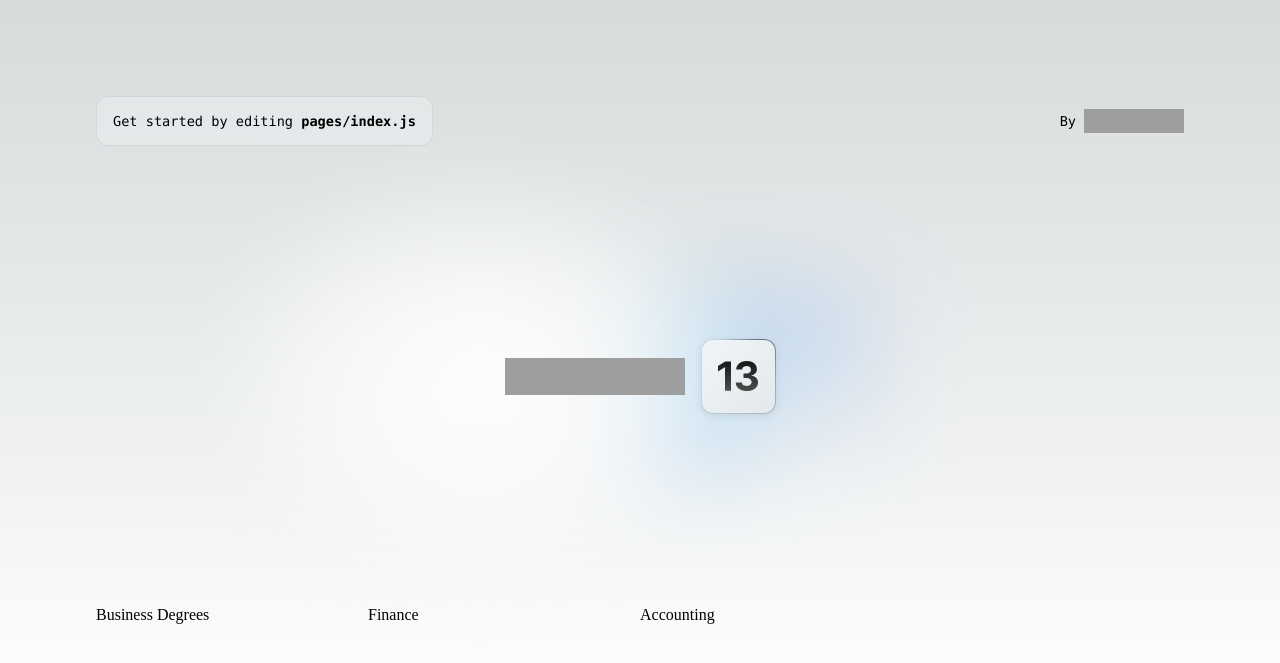
Repository: TeoEstrada9/Week-3-example
Page: /
These files come from the project's save history. The page is drawn as it stood at one moment and after a run of saves; the edit follows.
The browser window is 1280 px wide. The pictures show the whole page.
Pictures or frames that could not be fetched are drawn as grey boxes. The project was rebuilt for these pictures with package versions that can differ from the ones it lists, and the page was loaded fresh each time. The framework's server and built-in components were replaced by stand-ins that run in the browser. Also part of the build but not shown: next.config.js.

Above is the page before, as saved 2023-01-16 10:52:10.

### pages/index.js
import Head from 'next/head'
import Image from 'next/image'
import { Inter } from '@next/font/google'
import styles from '@/styles/Home.module.css'
import data from '../Data/education.json'
import { useState } from 'react'

const inter = Inter({ subsets: ['latin'] })

export default function Home() {

  console.log(data);
  const [information, setInformation] = useState([...data])



  return (
    <>
      <Head>
        <title>Create Next App</title>
        <meta name="description" content="Generated by create next app" />
        <meta name="viewport" content="width=device-width, initial-scale=1" />
        <link rel="icon" href="/favicon.ico" />
      </Head>
      <main className={styles.main}>
        <div className={styles.description}>
          <p>
            Get started by editing&nbsp;
            <code className={styles.code}>pages/index.js</code>
          </p>
          <div>
            <a
              href="https://vercel.com?utm_source=create-next-app&utm_medium=default-template&utm_campaign=create-next-app"
              target="_blank"
              rel="noopener noreferrer"
            >
              By{' '}
              <Image
                src="/vercel.svg"
                alt="Vercel Logo"
                className={styles.vercelLogo}
                width={100}
                height={24}
                priority
              />
            </a>
          </div>
        </div>

        <div className={styles.center}>
          <Image
            className={styles.logo}
            src="/next.svg"
            alt="Next.js Logo"
            width={180}
            height={37}
            priority
          />
          <div className={styles.thirteen}>
            <Image
              src="/thirteen.svg"
              alt="13"
              width={40}
              height={31}
              priority
            />
          </div>
        </div>

        <div className={styles.grid}>
          <div>Business Degrees</div>
          {information && information.map((info, index) => {
            if(info.department === "Business")
            return(
              <div key={index}>{info.degree}</div>
            )

          })}

        </div>
      </main>
    </>
  )
}

### Data/education.json
[
        {
            "studentNumber": "A0004567",
            "firstName": "Person 1",
            "gpa": 3.8,
            "department": "Business",
            "degree": "Finance",
            "graduted": 2014
        },
        {
            "studentNumber": "A0001234",
            "firstName": "Person 2",
            "gpa": 3.5,
            "department": "Business",
            "degree": "Accounting",
            "graduted": 2010
        },
        {
            "studentNumber": "A0007890",
            "firstName": "Person 3",
            "gpa": 3.2,
            "department": "Computing",
            "degree": "Applied Software Development Certificate",
            "graduted": 2018
        },
        {
            "studentNumber": "A0007828",
            "firstName": "Person 4",
            "gpa": 3.9,
            "department": "Computing",
            "degree": "Computer Systems Diploma",
            "graduted": 2021
        },
        {
            "studentNumber": "A0003425",
            "firstName": "Person 5",
            "gpa": 3.2,
            "department": "Computing",
            "degree": "Applied Computer Information Systems Certificate",
            "graduted": 2021
        }
]

Loaded but not shown: pages/_app.js (common file); pages/_document.js (common file); styles/globals.css (common file); styles/Home.module.css (common file)

After the next 2 saves:
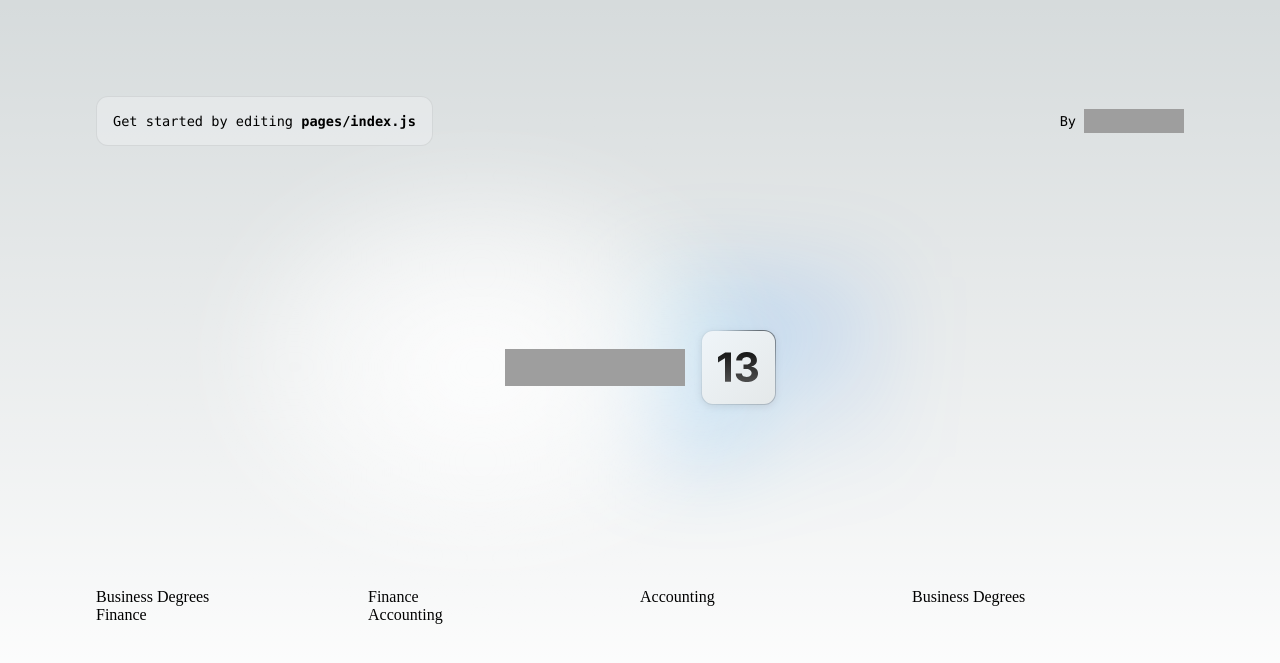
The 2 saves are shown as one change because they came seconds apart.
The last was saved 27 s later.
--- a/pages/index.js
+++ b/pages/index.js
@@ -77,6 +77,15 @@ export default function Home() {
 
           })}
 
+        <div>Business Degrees</div>
+          {information && information.map((info, index) => {
+            if(info.department === "Business")
+            return(
+              <div key={index}>{info.degree}</div>
+            )
+
+          })}
+
         </div>
       </main>
     </>
